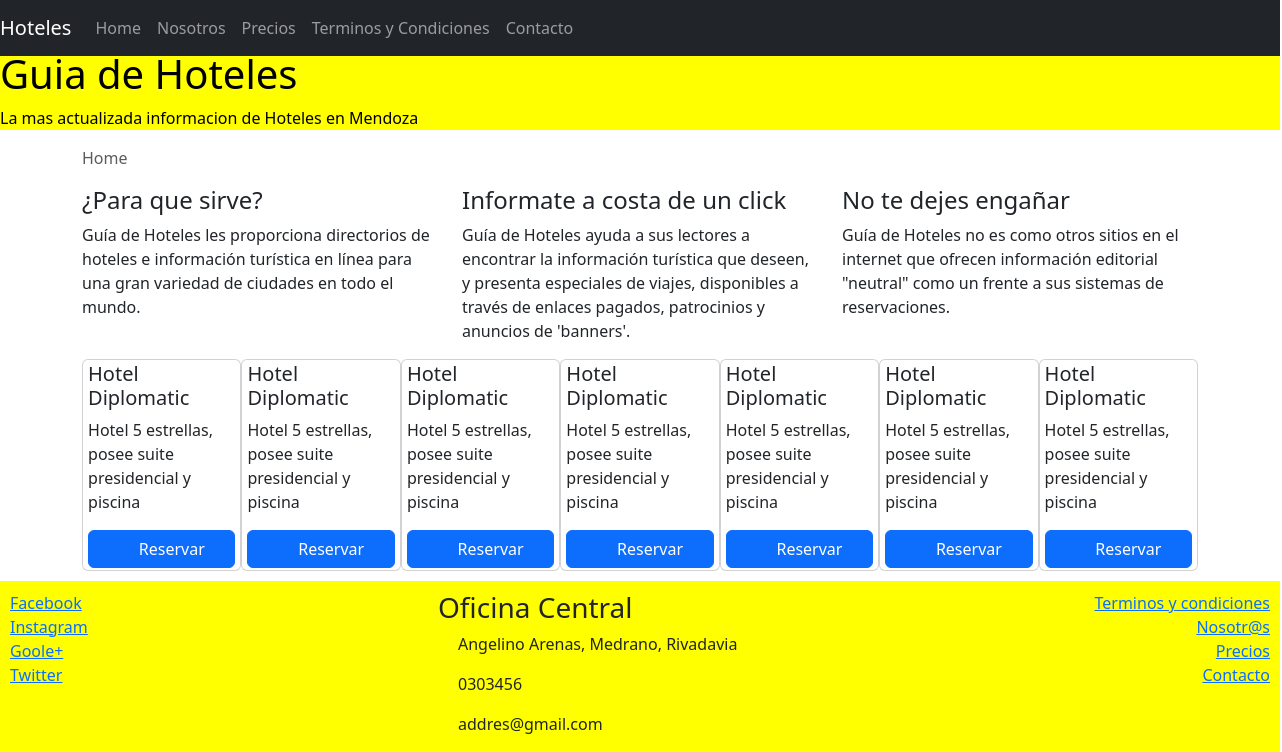
Repository: JulianMoralesSantoni/PaginaHoteles
Page: index.html
These files come from the project's save history. The page is drawn as it stood at one moment and after the next save; the edit follows.
The browser window is 1280 px wide. The page is 1282 px wide, so the pictures cover 1282 px, including what lies to the right of the window. The pictures show the whole page.
Some web fonts or font styles are not loaded; a fallback is used. Some web libraries are served in a nearby version.

Above is the page before, as saved 2021-03-30 01:07:04.

### index.html
<!doctype html>
<html lang="en">
  <head>
    <!-- Required meta tags -->
    <meta charset="utf-8">
    <meta name="viewport" content="width=device-width, initial-scale=1, shrink-to-fit=no">

    <!-- Bootstrap CSS -->
    <link rel="stylesheet" href="node_modules/bootstrap/dist/css/bootstrap.min.css" >
    <link rel="stylesheet" href="css/main.css" >
    <link rel="stylesheet" href="node_modules/open-iconic/font/css/open-iconic-bootstrap.min.css" >

    <title>Guia de Hoteles</title>
  </head>
  <body>
    <nav class="navbar navbar-expand-md navbar-dark bg-dark fixed-top" >
      <a class="navbar-brand" href="./index.html">Hoteles</a>
      <button class="navbar-toggler" type="button" data-toggle="collapse" data-target="#navbarNav" aria-controls="navbarNav" aria-expanded="false" aria-label="Toggle navigation">
        <span class="navbar-toggler-icon"></span>
      </button>
      <div class="collapse navbar-collapse" id="navbarNav">
        <ul class="navbar-nav">
          <li class="nav-item active">
            <a class="nav-link" href="./index.html">Home </a>
          </li>
          <li class="nav-item">
            <a class="nav-link" href="./about.html">Nosotros</a>
          </li>
          <li class="nav-item">
            <a class="nav-link" href="./Precios.html">Precios</a>
          </li>
          <li class="nav-item">
            <a class="nav-link" href="#">Terminos y Condiciones</a>
          </li>
          <li class="nav-item">
            <a class="nav-link" href="./contacto.html">Contacto</a>
          </li>
        </ul>
      </div>
    </nav>
    <div class="jumbotron">
      <h1>Guia de Hoteles</h1>

      <p>La mas actualizada informacion de Hoteles en Mendoza</p>
    </div>

    <div class="container">
      <nav aria-label="breadcrumb">
        <ol class="breadcrumb">
          <li class="breadcrumb-item active" aria-current="page">Home</li>
        </ol>
      </nav>


       <div class="row">
          <div class="col-sm-4 ">
            <h4>¿Para que sirve?</h4>
                  <p>Guía de Hoteles les proporciona directorios de hoteles e información turística en línea para una gran variedad de ciudades en todo el mundo.</p>
          </div>
          <div class="col-sm-4 ">
            <h4>Informate a costa de un click</h4>
                  <p>Guía de Hoteles ayuda a sus lectores a encontrar la información turística que deseen, y presenta especiales de viajes, disponibles a través de enlaces pagados, patrocinios y anuncios de 'banners'.</p>
          </div>
          <div class="col-sm-4 ">
            <h4>No te dejes engañar</h4>

                  <p>Guía de Hoteles no es como otros sitios en el internet que ofrecen información editorial "neutral" como un frente a sus sistemas de reservaciones.</p>
          </div>



    <div class="d-flex flex-wrap flex-row-reverse">
       <div class=" card card-hotel d-flex flex-column justify-content-between ">
           <div>
             <h5>Hotel Diplomatic</h5>
              <p>Hotel 5 estrellas, posee suite presidencial y piscina</p></div>
              <div><button class="btn btn-primary  btn-reserva"><span class="oi oi-plus footer-address-icon" ></span>Reservar</button></div>
            </div>


    <div class="card card-hotel d-flex flex-column justify-content-between">
      <div> <h5>Hotel Diplomatic</h5>
              <p>Hotel 5 estrellas, posee suite presidencial y piscina</p></div>
              <div><button class="btn btn-primary btn-reserva"><span class="oi oi-plus footer-address-icon" ></span>Reservar</button></div>


    </div>

    <div class="card card-hotel d-flex flex-column justify-content-between">

       <div><h5>Hotel Diplomatic</h5>
              <p>Hotel 5 estrellas, posee suite presidencial y piscina</p></div>
              <div><button class="btn btn-primary btn-reserva"><span class="oi oi-plus footer-address-icon" ></span>Reservar</button></div>

    </div>

    <div class="card card-hotel d-flex flex-column justify-content-between">
       <div><h5>Hotel Diplomatic</h5>
              <p>Hotel 5 estrellas, posee suite presidencial y piscina</p></div>
              <div><button class="btn btn-primary btn-reserva"><span class="oi oi-plus footer-address-icon" ></span>Reservar</button></div>

    </div>

    <div class=" card card-hotel d-flex flex-column justify-content-between">
           <div>
             <h5>Hotel Diplomatic</h5>
              <p>Hotel 5 estrellas, posee suite presidencial y piscina</p></div>
              <div><button class="btn btn-primary  btn-reserva"><span class="oi oi-plus footer-address-icon" ></span>Reservar</button></div>
            </div>

  <div class="card card-hotel d-flex flex-column justify-content-between">
           <div>
             <h5>Hotel Diplomatic</h5>
              <p>Hotel 5 estrellas, posee suite presidencial y piscina</p></div>
              <div><button class="btn btn-primary  btn-reserva"><span class="oi oi-plus footer-address-icon" ></span>Reservar</button></div>
            </div>
  <div class="card card-hotel d-flex flex-column justify-content-between">
           <div>
             <h5>Hotel Diplomatic</h5>
              <p>Hotel 5 estrellas, posee suite presidencial y piscina</p></div>
              <div><button class="btn btn-primary  btn-reserva"><span class="oi oi-plus footer-address-icon" ></span>Reservar</button></div>
            </div>




    </div>
  </div>
</div>

 <footer>
   <div class="row">
     <div class="col-sm-4 d-flex flex-column ">
      <a href="http:www.facebook.com"><span class="iconic iconic-social-facebook iconic-sm" title="social facebook" aria-hidden="true"></span>Facebook</a>
      <a href="http:www.instagram">Instagram</a>
      <a href="http:www.google.com">Goole+</a>
      <a href="http:www.Twitter.com"><span class="iconic iconic-social-twitter iconic-sm" title="social twitter" aria-hidden="true"></span>Twitter</a>
     </div>
   <div class="col-sm-4">
    <address>
      <h3>Oficina Central</h3>
      <p><span class="oi oi-home footer-address-icon" ></span>Angelino Arenas, Medrano, Rivadavia</p>
      <p><span class="oi oi-phone footer-address-icon" > </span>0303456</p>
      <p><span class="oi oi-inbox footer-address-icon" ></span>addres@gmail.com</p>


    </address>
  </div>
  <div class="col-sm-4 d-flex flex-column align-items-end">
     <a href="http:www.facebook.com">Terminos y condiciones</a>
      <a href="http:www.instagram">Nosotr@s</a>
      <a href="http:www.google.com">Precios</a>
      <a href="http:www.Twitter.com">Contacto</a>


  </div>


 </footer>


    <!-- Optional JavaScript -->
    <!-- jQuery first, then Popper.js, then Bootstrap JS -->
 <!--<script src="node_modules/jquery/dist/jquery.min.js" integrity="sha384-DfXdz2htPH0lsSSs5nCTpuj/zy4C+OGpamoFVy38MVBnE+IbbVYUew+OrCXaRkfj" crossorigin="anonymous"></script>
    <script src="node_modules/popper.js/dist/popper.min.js" integrity="sha384-9/reFTGAW83EW2RDu2S0VKaIzap3H66lZH81PoYlFhbGU+6BZp6G7niu735Sk7lN" crossorigin="anonymous"></script>
    <script src="node_modules/bootstrap/dist/js/bootstrap.min.js" integrity="sha384-B4gt1jrGC7Jh4AgTPSdUtOBvfO8shuf57BaghqFfPlYxofvL8/KUEfYiJOMMV+rV" crossorigin="anonymous"></script> -->
    <script src="https://code.jquery.com/jquery-3.5.1.slim.min.js" integrity="sha384-DfXdz2htPH0lsSSs5nCTpuj/zy4C+OGpamoFVy38MVBnE+IbbVYUew+OrCXaRkfj" crossorigin="anonymous"></script>
<script src="https://cdn.jsdelivr.net/npm/bootstrap@4.5.3/dist/js/bootstrap.bundle.min.js" integrity="sha384-ho+j7jyWK8fNQe+A12Hb8AhRq26LrZ/JpcUGGOn+Y7RsweNrtN/tE3MoK7ZeZDyx" crossorigin="anonymous"></script>
  </body>
</html>

### css/main.css
.jumbotron{

	background-color: yellow;
	color:black;
	margin-top: 50px;

}


footer{
	padding: 10px 10px 0 10px;
	background-color: yellow;

	margin-bottom: : 0px;
	margin-top: 10px;

}
.card-hotel{
	flex: 1 150px;
	padding: 2px 5px 2px 5px;

}
.btn-reserva{
	width: 100%;
	position: all;


}
.footer-address-icon{

	padding-right: 20px;
}

After the next save:
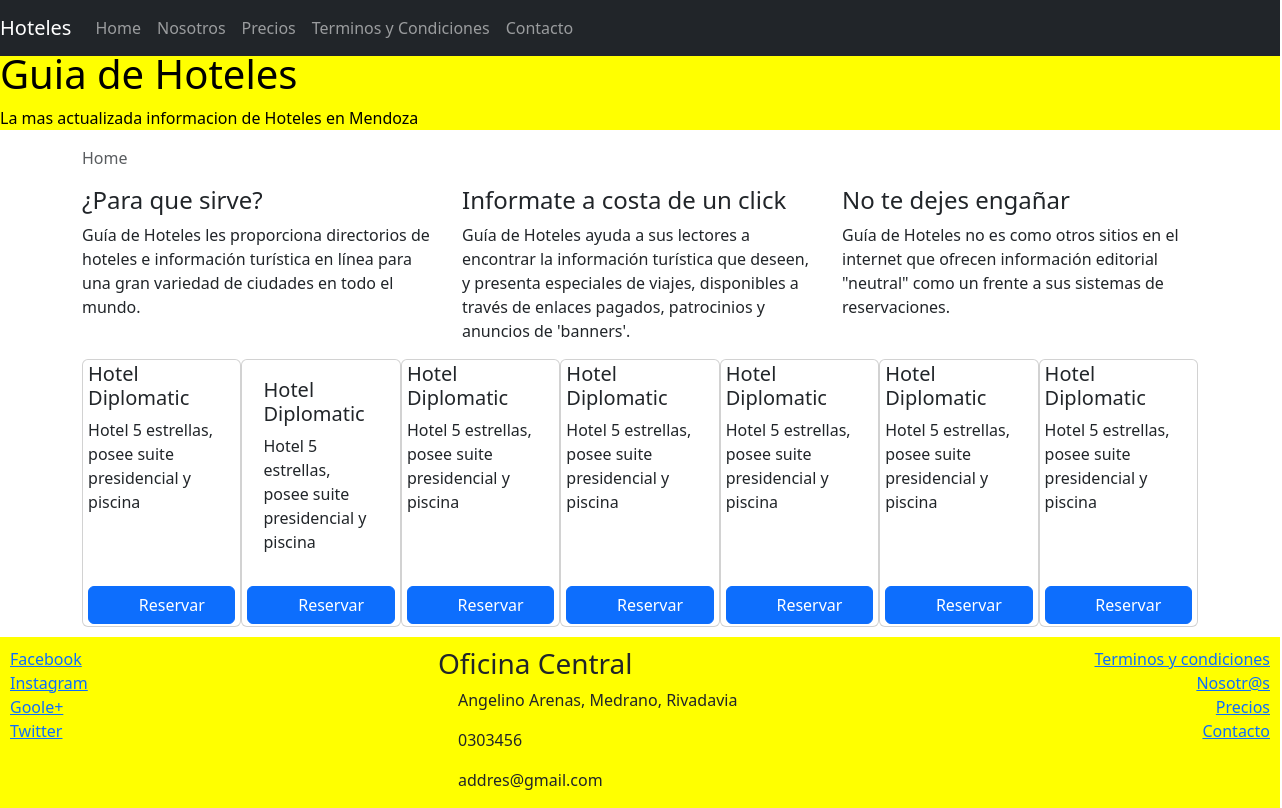
Saved 35 s later.
--- a/index.html
+++ b/index.html
@@ -109,7 +109,7 @@
             </div>
 
   <div class="card card-hotel d-flex flex-column justify-content-between">
-           <div>
+           <div class="card-body">
              <h5>Hotel Diplomatic</h5>
               <p>Hotel 5 estrellas, posee suite presidencial y piscina</p></div>
               <div><button class="btn btn-primary  btn-reserva"><span class="oi oi-plus footer-address-icon" ></span>Reservar</button></div>
